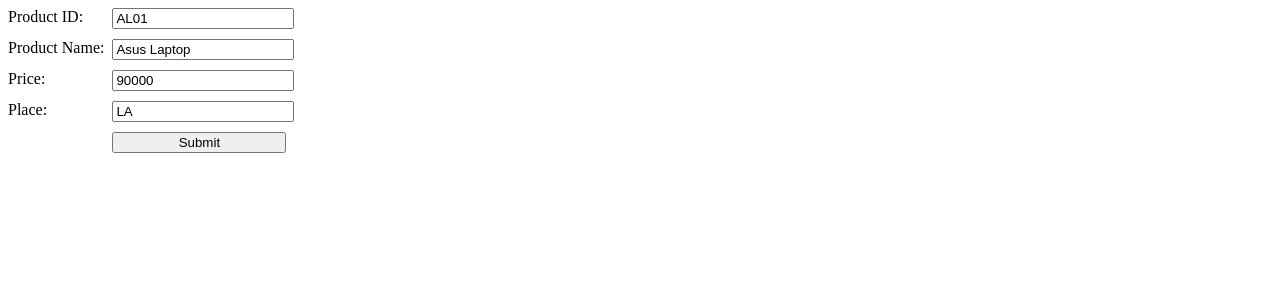
Repository: chofong1999/workspace202607
Page: mvweb0716/src/main/webapp/product.html
These files come from the project's save history. The page is drawn as it stood at one moment and after the next save; the edit follows.
The browser window is 1280 px wide. The pictures show the whole page.

Above is the page before, as saved 2026-07-16 03:40:32.

After the next save:
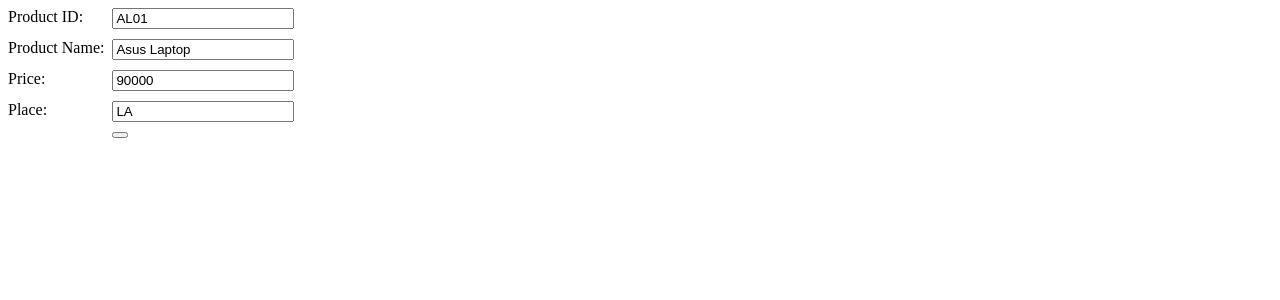
Saved 28 s later.
--- a/mvweb0716/src/main/webapp/product.html
+++ b/mvweb0716/src/main/webapp/product.html
@@ -29,7 +29,7 @@
     Product Name:<input name="product_name" value="Asus Laptop">
     Price:<input name="price" value="90000">
     Place:<input name="place" value="LA">
-    <input type="submit">
+    <button></button>
 </form>
 
 </body>
